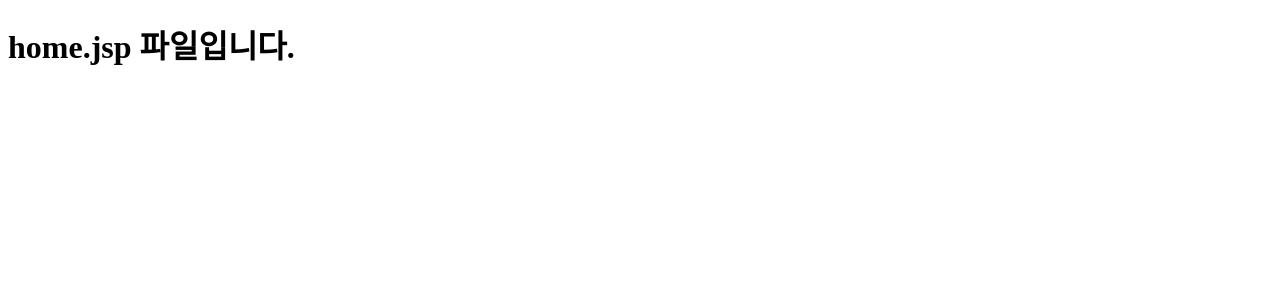
Repository: Greenery367/JSP
Page: http://localhost/demo_3/home.jsp
The author's editor kept a copy of each file at every save. The page is drawn from the files as they stood at one save, then again after the next save.
The browser window is 1280 px wide. The pictures show the whole page.
The page is served by Tomcat 10.

Above is the page before, as saved 2024-06-27 06:29:48.

After the next save:
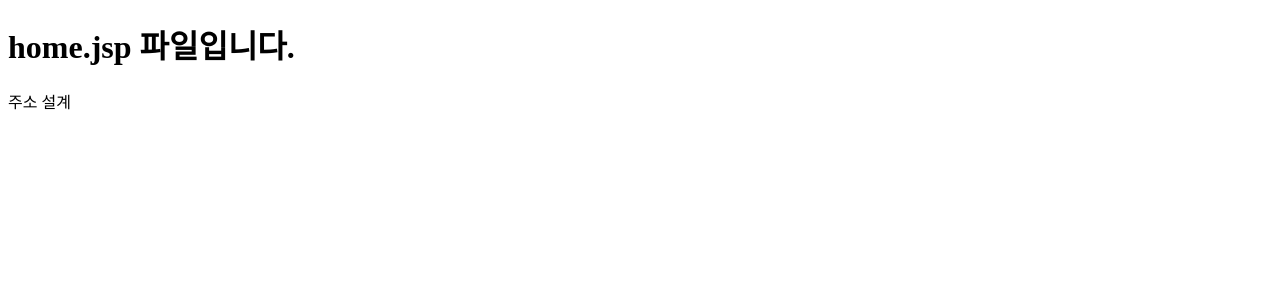
Saved 13 s later.
--- a/demo_3/src/main/webapp/home.jsp
+++ b/demo_3/src/main/webapp/home.jsp
@@ -8,5 +8,6 @@
 </head>
 <body>
 	<h1>home.jsp 파일입니다.</h1>
+	<p>주소 설계</p>
 </body>
 </html>
